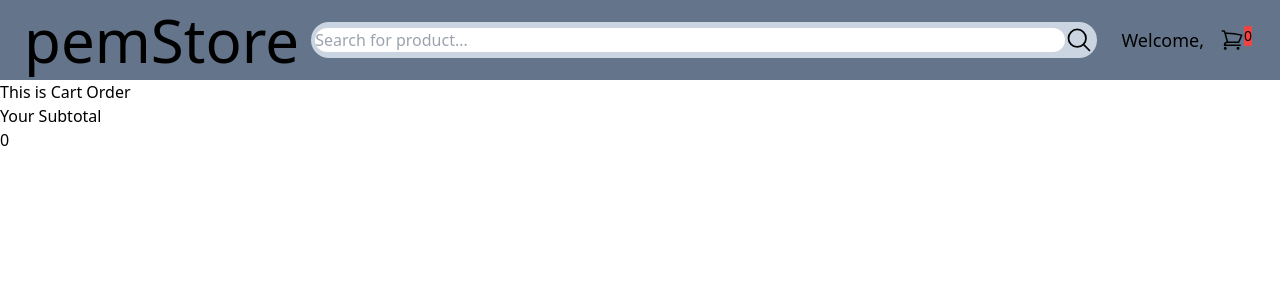
Repository: Semanmernstack/pemstore
Page: /checkout
These files come from the project's save history. The page is drawn as it stood at one moment and after the next save; the edit follows.
The browser window is 1280 px wide. The pictures show the whole page.
The page's requests for data from a server got no answer. The project was rebuilt for these pictures with package versions that can differ from the ones it lists, and the page was loaded fresh each time. The framework's server and built-in components were replaced by stand-ins that run in the browser. No one was signed in, and anything a server would have sent is missing. Also part of the build but not shown: next.config.js.

Above is the page before, as saved 2022-11-04 08:17:44.

### pages/_app.js
import '../styles/globals.css'
import { SessionProvider } from "next-auth/react"
import { Provider } from 'react-redux'
import { store } from '../store'


function MyApp({ Component, pageProps: { session, ...pageProps }, }) {
  return (
    <SessionProvider session={session}>
      <Provider store={store}  >
        <Component {...pageProps} />
      </Provider>


    </SessionProvider>
  )
}

export default MyApp

### pages/checkout.js
import { useSession } from 'next-auth/react'
import React from 'react'
import Header from '../components/Header'

function Checkout() {
    const { data: session } = useSession()
  return (
    <div >
        <Header/>
        <div className="max-w-screen-2xl mx-auto">
            <h1>This is Cart Order</h1>
            <p>{session?.user.name}</p>
        </div>
        <div>
            <h1>Your Subtotal</h1>
            <span>0</span>
        </div>
    </div>
  )
}

export default Checkout

### store.js
import { configureStore } from '@reduxjs/toolkit';
import  basketReducer  from "./slices/basketSlice"
// ...

export const store = configureStore({
  reducer: {
    basket: basketReducer,


  },
})

### components/Header.js
import React from 'react'
import { useSession, signIn, signOut } from "next-auth/react"
import { useRouter } from 'next/router'
import { useSelector } from 'react-redux'
import { selectItems } from '../slices/basketSlice'

function Header() {
    const { data: session } = useSession()
    const router = useRouter()
    const items = useSelector(selectItems)

    return (
      <div className="flex items-center h-20 md:p-3 p-1 lg:p-6 bg-slate-500  sticky top-0 z-20">
          <div onClick={() => router.push("/")} className="mr-3  text-3xl md:text-5xl lg:text-6xl">
              <h1 className="cursor-pointer">pemStore</h1>
          </div>
          <div className="flex items-center flex-grow bg-slate-300 p-1 cursor-pointer rounded-full ">
              <input className="outline-none  rounded-full flex-grow   " type="text" placeholder="Search for product..." />
              <svg className="h-7 w-7"   xmlns="http://www.w3.org/2000/svg" fill="none" viewBox="0 0 24 24" strokeWidth={1.5} stroke="currentColor" >
                  <path strokeLinecap="round" strokeLinejoin="round" d="M21 21l-5.197-5.197m0 0A7.5 7.5 0 105.196 5.196a7.5 7.5 0 0010.607 10.607z" />
              </svg>
          </div>
          <div className="flex mx-3 lg:text-2xl">
          <div  onClick={!session ? signIn : signOut} className="flex items-center cursor-pointer text-sm md:text-lg mx-3">

              <p className="mr-1"> Welcome,</p>
              <p>{session?.user.name}</p>

          </div>
          <div onClick={() => router.push("/checkout")} className="relative flex items-center">
              <svg xmlns="http://www.w3.org/2000/svg" fill="none" viewBox="0 0 24 24" strokeWidth={1.5} stroke="currentColor" className="w-6 h-6">
                  <path strokeLinecap="round" strokeLinejoin="round" d="M2.25 3h1.386c.51 0 .955.343 1.087.835l.383 1.437M7.5 14.25a3 3 0 00-3 3h15.75m-12.75-3h11.218c1.121-2.3 2.1-4.684 2.924-7.138a60.114 60.114 0 00-16.536-1.84M7.5 14.25L5.106 5.272M6 20.25a.75.75 0 11-1.5 0 .75.75 0 011.5 0zm12.75 0a.75.75 0 11-1.5 0 .75.75 0 011.5 0z" />
              </svg>
              <p className="absolute left-6 top-0 text-sm bg-red-500  ">{items?.length}</p>
          </div>
          </div>

      </div>
    )
  }

  export default Header

### slices/basketSlice.js
import { createSlice } from '@reduxjs/toolkit';

const initialState = {
    items: [],
};




export const basketSlice = createSlice({
    name: "basket",
    initialState,
    // The `reducers` field lets us define reducers and generate associated actions
    reducers: {
        addtoBasket: (state, action) => {
            state.items = [...state.items, action.payload]
        },


    },

});

export const { addtoBasket } = basketSlice.actions;



export const selectItems = (state) => state.basket?.items;

export default basketSlice.reducer;

Loaded but not shown: styles/globals.css (common file); tailwind.config.js (common file)

After the next save:
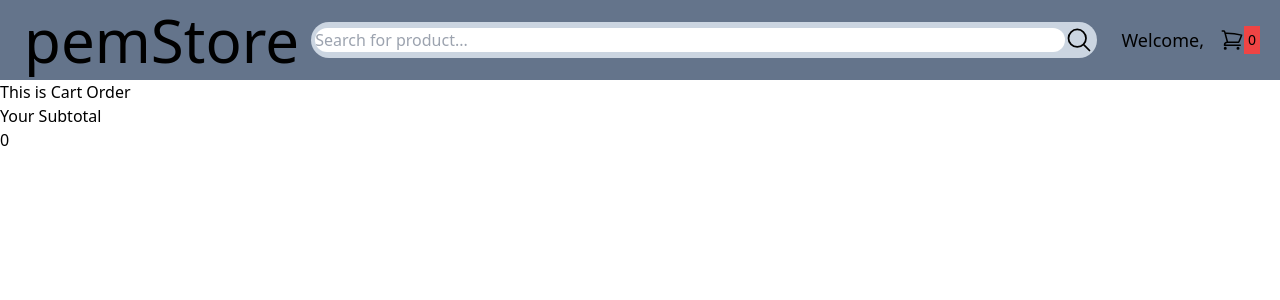
Saved 14 s later.
--- a/components/Header.js
+++ b/components/Header.js
@@ -31,7 +31,7 @@ function Header() {
               <svg xmlns="http://www.w3.org/2000/svg" fill="none" viewBox="0 0 24 24" strokeWidth={1.5} stroke="currentColor" className="w-6 h-6">
                   <path strokeLinecap="round" strokeLinejoin="round" d="M2.25 3h1.386c.51 0 .955.343 1.087.835l.383 1.437M7.5 14.25a3 3 0 00-3 3h15.75m-12.75-3h11.218c1.121-2.3 2.1-4.684 2.924-7.138a60.114 60.114 0 00-16.536-1.84M7.5 14.25L5.106 5.272M6 20.25a.75.75 0 11-1.5 0 .75.75 0 011.5 0zm12.75 0a.75.75 0 11-1.5 0 .75.75 0 011.5 0z" />
               </svg>
-              <p className="absolute left-6 top-0 text-sm bg-red-500  ">{items?.length}</p>
+              <p className="absolute left-6 top-0 text-sm bg-red-500 p-1  ">{items?.length}</p>
           </div>
           </div>
 
